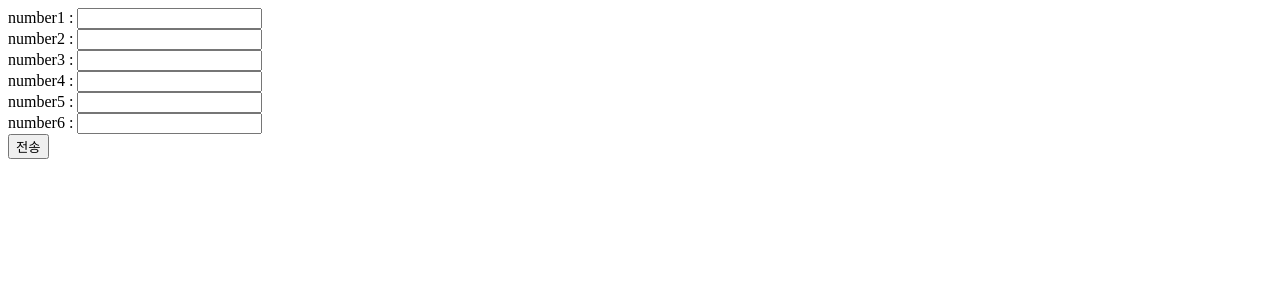
Repository: sagong0/servlet
Page: web/src/main/webapp/lotto.html
These files come from the project's save history. The page is drawn as it stood at one moment and after the next save; the edit follows.
The browser window is 1280 px wide. The pictures show the whole page.

Above is the page before, as saved 2023-08-09 01:50:52.

After the next save:
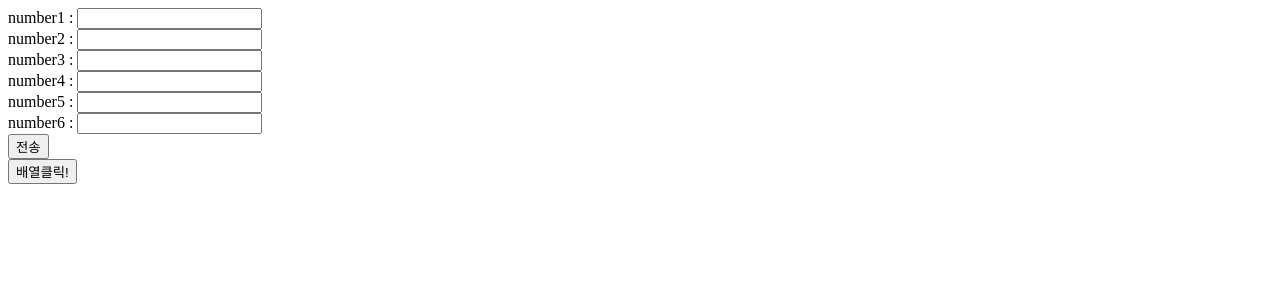
Saved 103 s later.
--- a/web/src/main/webapp/lotto.html
+++ b/web/src/main/webapp/lotto.html
@@ -17,6 +17,9 @@
 		number6 : <input type="text" name="no" id="no5" class="no"><br/>
 		<input type="button" value="전송" onclick="abc()">
 	</form>
+
+	<!-- js 배열 형태 -->
+	<input type="button" value="배열클릭!" onclick="bbb()">
 
 	<script>
 		function abc(){
